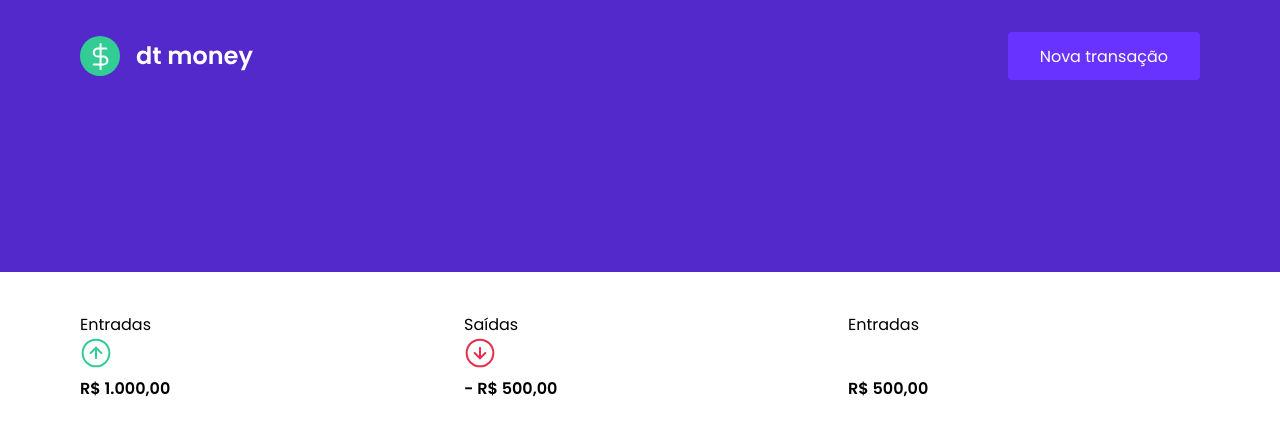
Repository: lucaslopesdevv/dtmoney
Page: /
An editor plug-in stored every save of this project. The page is shown before and after the next save, followed by the edit.
The browser window is 1280 px wide. The pictures show the whole page.
The project was rebuilt for these pictures with package versions that can differ from the ones it lists, and the page was loaded fresh each time.

Above is the page before, as saved 2021-12-06 21:12:42.

### public/index.html
<!DOCTYPE html>
<html lang="en">
  <head>
    <link rel="preconnect" href="https://fonts.googleapis.com">
    <link rel="preconnect" href="https://fonts.gstatic.com" crossorigin>
    <meta charset="utf-8" />
    <meta name="viewport" content="width=device-width, initial-scale=1" />

<Link rel="shortcut icon" href="favicon.png" type="image/png"/>

    <title>Dtmoney</title>
    <link href="https://fonts.googleapis.com/css2?family=Poppins:wght@400;600&family=Roboto:wght@400;700&display=swap" rel="stylesheet">


  </head>
  <body>
    <noscript>You need to enable JavaScript to run this app.</noscript>
    <div id="root"></div>
  </body>
</html>

### src/App.tsx

import { Dashboard } from "./components/Header/Dashboard";
import { Header } from "./components/Header/index";
import { GlobalStyle } from "./styles/global";

export function App() {
  return (
    <>
      <Header />
      <Dashboard />
      <GlobalStyle />
    </>
  );
}

### src/components/Header/Dashboard/index.tsx
import { Summary } from '../../Summary';

import { Container } from './styles';


export function Dashboard() {
    return (
        <Container>
            <Summary />
        </Container>
    );
}

### src/components/Header/index.tsx
import logoImg from '../../assets/logo.svg';
import { Container, Content } from './styles';

export function Header() {
    return (
        <Container>
            <Content>
                <img src={logoImg} alt="dt money" />
                <button type="button">
                    Nova transação
                </button>
            </Content>
        </Container>
    )
}

### src/styles/global.ts
import { createGlobalStyle } from 'styled-components';

export const GlobalStyle = createGlobalStyle`
:root {
    --background: #F0F2F5;
    --red: #e52e4d;
    --blue: #5429cc;
    --blue-light: #6933ff;

    --text-title: #363f5f;
    --text-body: #969cb3;

    --shape: #ffffff;
}
    *{
        margin: 0;
        padding: 0;
        box-sizing: boder-box;
    }

/*font-size: 16px (Desktop)*/

html {
    @media (max-width: 1080px){
        font-size: 93.75%; /*15px*/
    }

    @media (max-width: 720px){
        font-size: 87.5%; /*14px*/
    }
}

    body {
        background-color: var(---background);
        -webkit-font-smoothing: antialiased;
    }

    body, input, textarea, button {
        font-family: 'Poppins', sans-serif;
        font-weight: 400;
    }

    h1, h2, h3, h4, h5, h6, strong{
        font-weight: 600;
    }

    button{
        cursor: pointer;
    }

    [disabled] {
        opacity: 0.6;
        cursor: not-allowed;
    }


`

### src/components/Summary/index.tsx
import incomeImg from '../../assets/income.svg';
import outcomeImg from '../../assets/outcome.svg';
import totalImg from '../../assets/total.svg';

import { Container } from './styles';

export function Summary() {
    return (
        <Container>
            <div>
                <header>
                    <p>Entradas</p>
                    <img src={incomeImg} alt="Entradas" />
                </header>
                <strong>R$ 1.000,00</strong>
            </div>

            <div>
                <header>
                    <p>Saídas</p>
                    <img src={outcomeImg} alt="Saídas" />
                </header>
                <strong>- R$ 500,00</strong>
            </div>

            <div>
                <header>
                    <p>Entradas</p>
                    <img src={totalImg} alt="Total" />
                </header>
                <strong>R$ 500,00</strong>
            </div>
        </Container>
    )
}

### src/components/Header/Dashboard/styles.ts
import styled from "styled-components";

export const Container = styled.main`

    max-width: 1120px;
    margin: 0 auto;
    padding: 2.5rem 1rem;
`;

### src/components/Header/styles.ts
import styled from 'styled-components';

export const Container = styled.header`
background: var(--blue);

`;

export const Content = styled.div`
    max-width: 1120px;
    margin: 0 auto;

    padding: 2rem 1rem 12rem;
    display: flex;
    align-items: center;
    justify-content: space-between;

button{
    font-size: 1rem;
    color: #FFF;
    background: var(--blue-light);
    border: 0;
    padding: 0 2rem;
    border-radius: 0.25rem;
    height: 3rem;

    transition: filter 0.2s;

    &:hover{
        filter: brightness(0.9);
    }
}
`;

### src/components/Summary/styles.ts
import styled from "styled-components";

export const Container = styled.div`
    display: grid;
    grid-template-columns: repeat(3, 1fr);
    gap: 2rem;
`;

Loaded but not shown: src/index.tsx (common file)

After the next save:
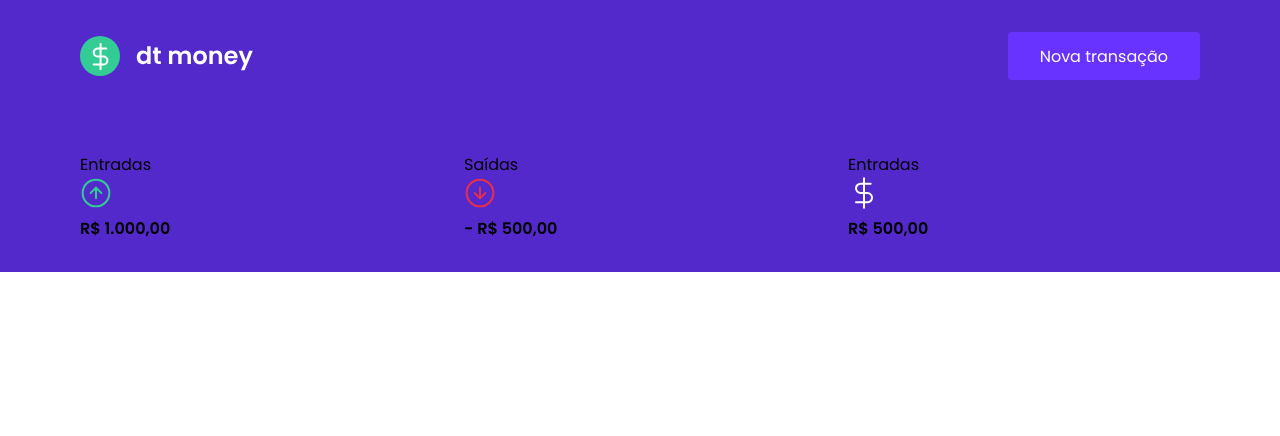
Saved 14 s later.
--- a/src/components/Summary/styles.ts
+++ b/src/components/Summary/styles.ts
@@ -4,4 +4,5 @@ export const Container = styled.div`
     display: grid;
     grid-template-columns: repeat(3, 1fr);
     gap: 2rem;
+    margin-top: -10rem;
 `;
